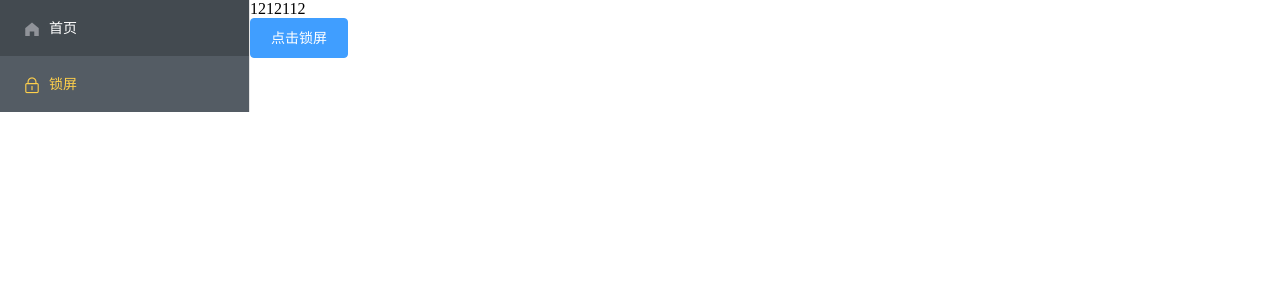
Repository: wujingwenwu/-vue-2.0
Page: /lockScreen
The author's editor kept a copy of each file at every save. The page is drawn from the files as they stood at one save, then again after a run of saves.
The browser window is 1280 px wide. The pictures show the whole page.
The project was rebuilt for these pictures with package versions that can differ from the ones it lists, and the page was loaded fresh each time. Also part of the build but not shown: src/views/Home.vue.

Above is the page before, as saved 2020-09-30 10:38:07.

After the next 4 saves:
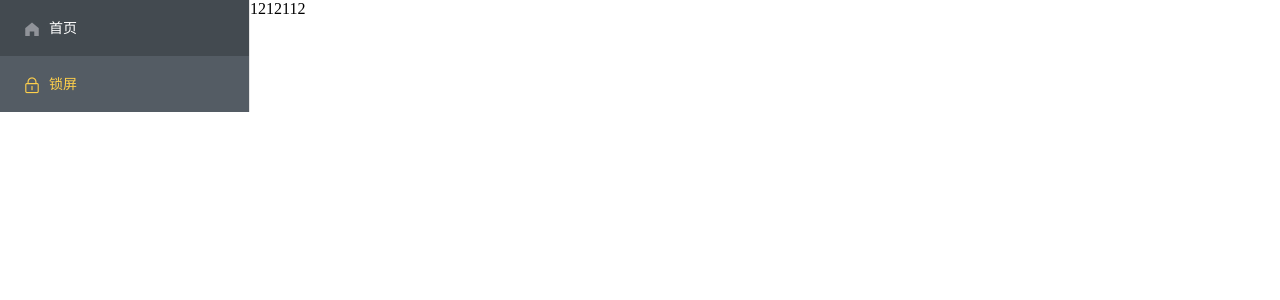
The 4 saves are shown as one change because 3 did not build or start.
The last was saved 2 min 21 s later.
--- a/src/views/lockScreen/LockScreen.vue
+++ b/src/views/lockScreen/LockScreen.vue
@@ -1,7 +1,9 @@
 <template>
  <div>
-   <template v-shot:footer>1212112</template>
- <wLockScreen :dialogVisible.sync="dialogVisible" @screen="screen"></wLockScreen>
+
+ <wLockScreen :dialogVisible.sync="dialogVisible" @screen="screen">
+ <template v-slot:footer>1212112</template>
+ </wLockScreen>
  </div>
 </template>
 
--- a/src/components/w-lockScreen/w-lockScreen.vue
+++ b/src/components/w-lockScreen/w-lockScreen.vue
@@ -1,6 +1,6 @@
 <template>
  <div>
- <v-shot name="footer" v-if="$slots.footer"></v-shot>
+ <slot name="footer" v-if="$slots.footer"></slot>
 <el-button type="primary" @click="screen" v-else>点击锁屏</el-button>
  <el-dialog
   title="提示"
